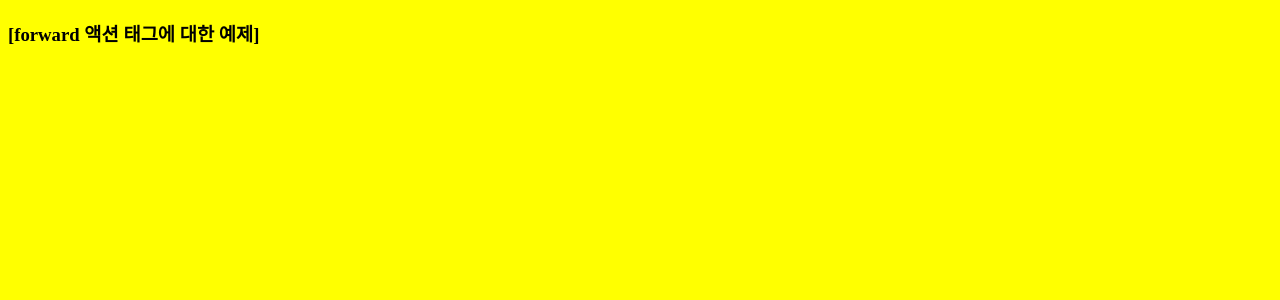
Repository: itrecipe/Web_ez
Page: http://localhost/jspCh04/08_red.jsp
These files come from the project's save history. The page is drawn as it stood at one moment and after the next save; the edit follows.
The browser window is 1280 px wide. The pictures show the whole page.
The page is served by Tomcat 9.

Above is the page before, as saved 2023-03-30 04:23:33.

After the next save:
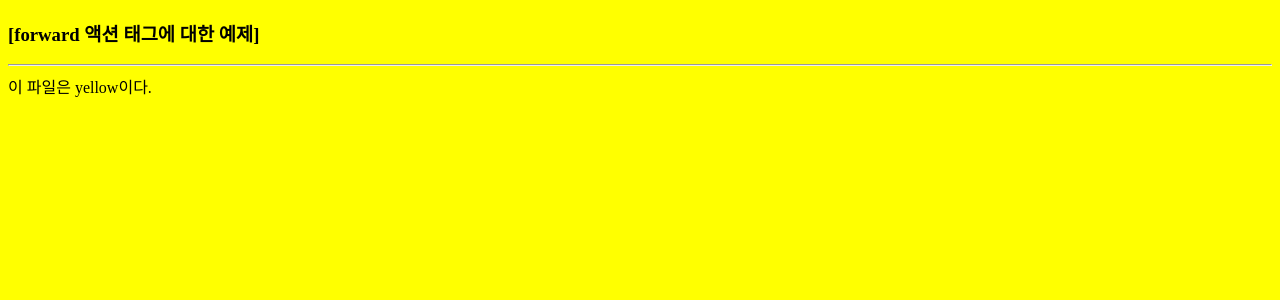
Saved 21 s later.
--- a/jspCh04/src/main/webapp/08_yellow.jsp
+++ b/jspCh04/src/main/webapp/08_yellow.jsp
@@ -8,6 +8,8 @@
 </head>
 <body bgcolor="yellow">
 <h3>[forward 액션 태그에 대한 예제]</h3>
+<hr>
+이 파일은 yellow이다.
 
 </body>
 </html>
